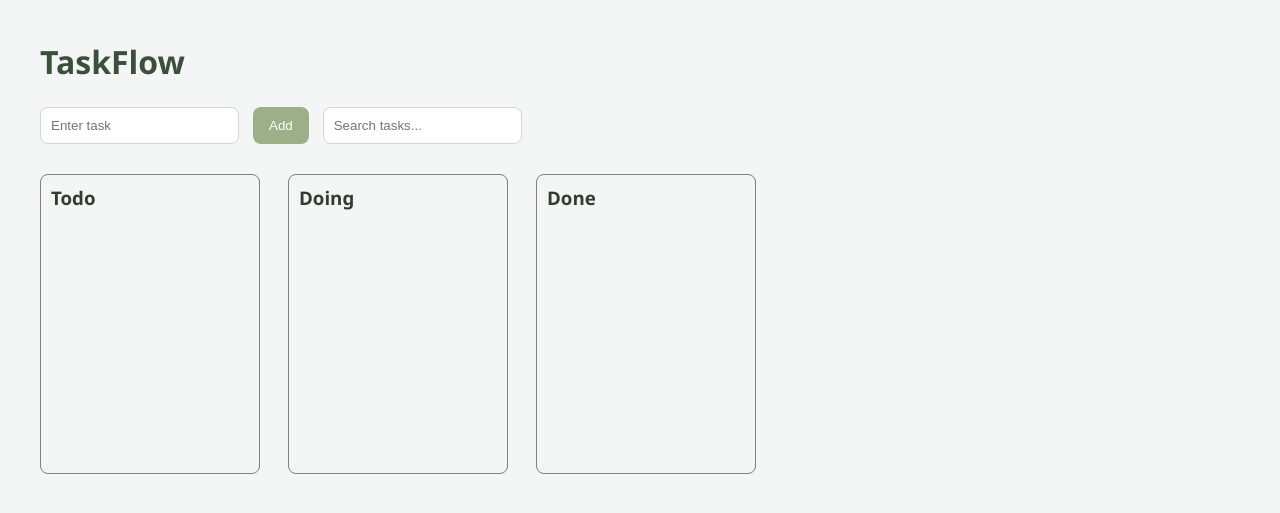
Repository: lissaintech/TaskFlow
Page: /
An editor plug-in stored every save of this project. The page is shown before and after a run of saves, followed by the edit.
The browser window is 1280 px wide. The pictures show the whole page.
The project was rebuilt for these pictures with package versions that can differ from the ones it lists, and the page was loaded fresh each time. Also part of the build but not shown: vite.config.js.

Above is the page before, as saved 2026-02-12 20:01:44.

### index.html
<!doctype html>
<html lang="en">
  <head>
    <meta charset="UTF-8" />
    <link rel="icon" type="image/svg+xml" href="/vite.svg" />
    <meta name="viewport" content="width=device-width, initial-scale=1.0" />
    <title>taskflow</title>
  </head>
  <body>
    <div id="root"></div>
    <script type="module" src="/src/main.jsx"></script>
  </body>
</html>

### src/index.css
* {
  margin: 0;
  padding: 0;
  box-sizing: border-box;
}

body {
  background: #f4f6f8;
  font-family: Arial, sans-serif;
}

### src/App.jsx
import "./App.css";


import { useState, useEffect } from "react";
import {
  DndContext,
  useDroppable,
  useDraggable
} from "@dnd-kit/core";

function App() {
  const [search, setSearch] = useState("");
  const [input, setInput] = useState("");
  const [tasks, setTasks] = useState([]);
  const [editingTask, setEditingTask] = useState(null);
  const [editInput, setEditInput] = useState("");

  // =========================
  // ADD TASK
  // =========================
  const addTask = () => {
    if (input.trim() === "") return;

    const newTask = {
      id: Date.now(),
      title: input,
      status: "Todo"
    };

    setTasks([...tasks, newTask]);
    setInput("");
  };

  // =========================
  // DELETE TASK
  // =========================
  const deleteTask = (id) => {
    setTasks(tasks.filter(task => task.id !== id));
  };

  // =========================
  // SAVE EDIT
  // =========================
  const saveEdit = (id) => {
    setTasks(
      tasks.map(task =>
        task.id === id
          ? { ...task, title: editInput }
          : task
      )
    );
    setEditingTask(null);
  };

  // =========================
  // DRAG END
  // =========================
  const handleDragEnd = (event) => {
    const { active, over } = event;

    if (!over) return;

    const taskId = active.id;
    const newStatus = over.id;

    setTasks(prev =>
      prev.map(task =>
        task.id === taskId
          ? { ...task, status: newStatus }
          : task
      )
    );
  };

  // =========================
  // LOCAL STORAGE
  // =========================
  useEffect(() => {
    const saved = localStorage.getItem("tasks");
    if (saved) {
      setTasks(JSON.parse(saved));
    }
  }, []);

  useEffect(() => {
    localStorage.setItem("tasks", JSON.stringify(tasks));
  }, [tasks]);

  // =========================
  // COLUMN COMPONENT
  // =========================
  function Column({ status, children }) {
    const { setNodeRef } = useDroppable({
      id: status
    });

    return (
      <div
        ref={setNodeRef}
        className=""
        style={{
          minWidth: "220px",
          minHeight: "300px",
          padding: "10px",
          border: "1px solid gray",
          borderRadius: "8px"
        }}
      >
        <h3>{status}</h3>
        {children}
      </div>
    );
  }

  // =========================
  // TASK COMPONENT
  // =========================
  function Task({ task, children }) {
    const {
      attributes,
      listeners,
      setNodeRef,
      transform
    } = useDraggable({
      id: task.id
    });

    const style = transform
      ? {
          transform: `translate3d(${transform.x}px, ${transform.y}px, 0)`
        }
      : undefined;

    return (
      <div
        ref={setNodeRef}
        style={{
          ...style,
          marginBottom: "8px",
          padding: "8px",
          border: "1px solid black",
          borderRadius: "6px",
          backgroundColor: "white",
          cursor: "grab"
        }}
        {...listeners}
        {...attributes}
      >
        {children}
      </div>
    );
  }



  const filteredTasks = tasks.filter(task =>
    task.title.toLowerCase().includes(search.toLowerCase())
  );


  // =========================
  // UI
  // =========================
  return (
    <div className="app">
      <h1>TaskFlow</h1>

      <div className="top-bar">
        <input
          value={input}
          onChange={(e) => setInput(e.target.value)}
          placeholder="Enter task"
        />
        <button onClick={addTask}>Add</button>

        <input
          placeholder="Search tasks..."
          value={search}
          onChange={(e) => setSearch(e.target.value)}
        />
      </div>

      <DndContext onDragEnd={handleDragEnd}>
        <div className="board">
          {["Todo", "Doing", "Done"].map(status => (
            <Column key={status} status={status}>
              {filteredTasks
                .filter(task => task.status === status)
                .map(task => (
                  <Task key={task.id} task={task}>
                    {editingTask === task.id ? (
                      <>
                        <input
                          value={editInput}
                          onChange={(e) =>
                            setEditInput(e.target.value)
                          }
                        />
                        <button onClick={() => saveEdit(task.id)}>
                          💾
                        </button>
                      </>
                    ) : (
                      <>
                        <span>{task.title}</span>
                        <button
                          onClick={() => {
                            setEditingTask(task.id);
                            setEditInput(task.title);
                          }}
                        >
                          ✏️
                        </button>
                        <button onClick={() => deleteTask(task.id)}>
                          ❌
                        </button>
                      </>
                    )}
                  </Task>
                ))}
            </Column>
          ))}
        </div>
      </DndContext>
    </div>
  );

}

export default App;

### src/App.css
.app {
  padding: 40px;
  min-height: 100vh;
  background: #f3f6f4;
  font-family: 'Segoe UI', sans-serif;
  color: #2f3e2f;
}

h1 {
  margin-bottom: 24px;
  font-size: 32px;
  color: #3c4f3c;
}

.top-bar {
  display: flex;
  gap: 14px;
  margin-bottom: 30px;
}

.top-bar input {
  padding: 10px;
  border: 1px solid #cdd8ce;
  border-radius: 8px;
  background: white;
  outline: none;
  transition: 0.2s ease;
}

.top-bar input:focus {
  border-color: #9caf88;
  box-shadow: 0 0 0 2px rgba(156, 175, 136, 0.2);
}

.top-bar button {
  padding: 10px 16px;
  border: none;
  background: #9caf88;
  color: white;
  border-radius: 8px;
  cursor: pointer;
  font-weight: 500;
  transition: 0.2s ease;
}

.top-bar button:hover {
  background: #6e8b6b;
}

.board {
  display: flex;
  gap: 28px;
  align-items: flex-start;
}

.column {
  background: #e3ebe4;
  padding: 18px;
  border-radius: 14px;
  width: 260px;
  min-height: 420px;
  transition: 0.2s ease;
}

.column h3 {
  margin-bottom: 14px;
  color: #3c4f3c;
}

.task-card {
  background: white;
  padding: 12px;
  margin-bottom: 12px;
  border-radius: 10px;
  box-shadow: 0 4px 10px rgba(110, 139, 107, 0.08);
  transition: 0.2s ease;
  cursor: grab;
  display: flex;
  align-items: center;
  justify-content: space-between;
}

.task-card:hover {
  transform: translateY(-3px);
  box-shadow: 0 6px 14px rgba(110, 139, 107, 0.15);
}

.task-card span {
  flex: 1;
}

.task-card button {
  border: none;
  background: transparent;
  cursor: pointer;
  margin-left: 8px;
  font-size: 14px;
  transition: 0.2s ease;
}

.task-card button:hover {
  transform: scale(1.1);
}

Loaded but not shown: src/main.jsx (common file)

After the next 7 saves:
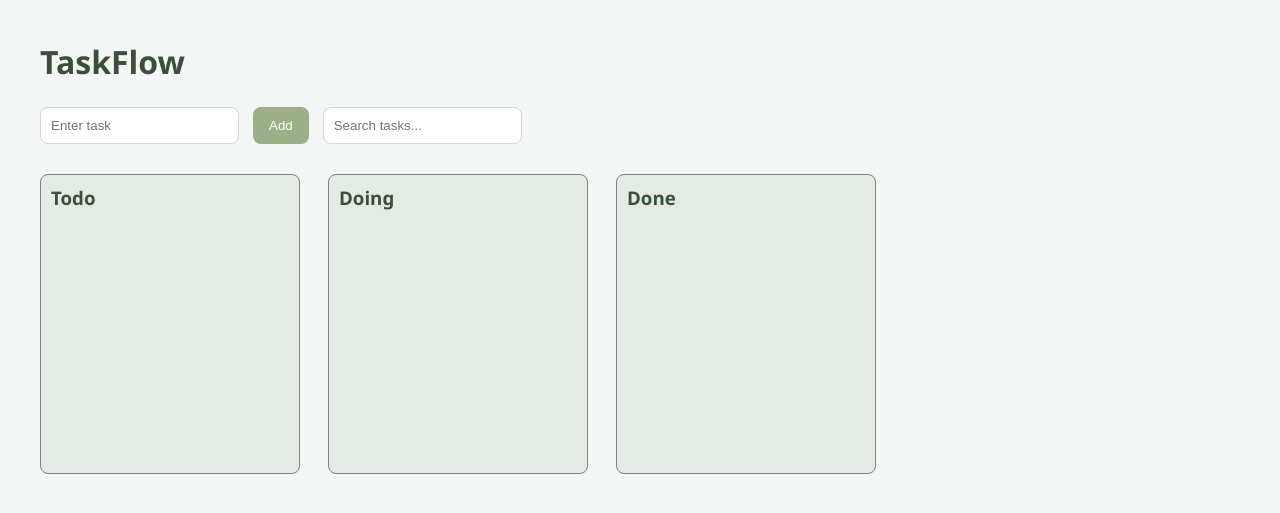
The 7 saves are shown as one change because they came seconds apart.
The last was saved 17 s later.
--- a/src/App.jsx
+++ b/src/App.jsx
@@ -97,7 +97,7 @@ function App() {
     return (
       <div
         ref={setNodeRef}
-        className=""
+        className={"column column-${}"}
         style={{
           minWidth: "220px",
           minHeight: "300px",
